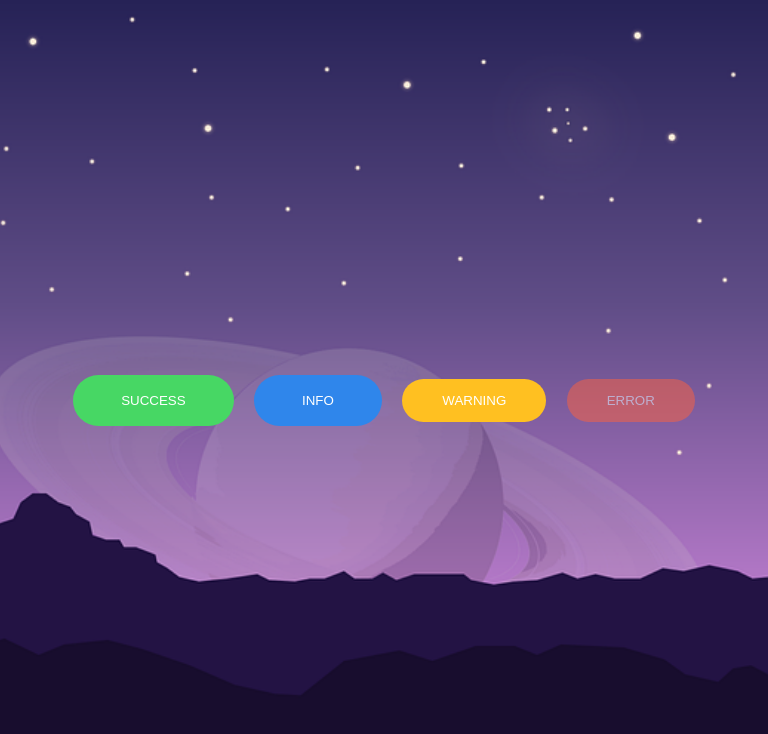
Repository: hoangtranduchai/toast-message
Page: index.html
An editor plug-in stored every save of this project. The page is shown before and after the next save, followed by the edit.
The browser window is 768 px wide. The pictures show the whole page.
Some web libraries are served in a nearby version.

Above is the page before, as saved 2021-08-18 16:59:09.

After the next save:
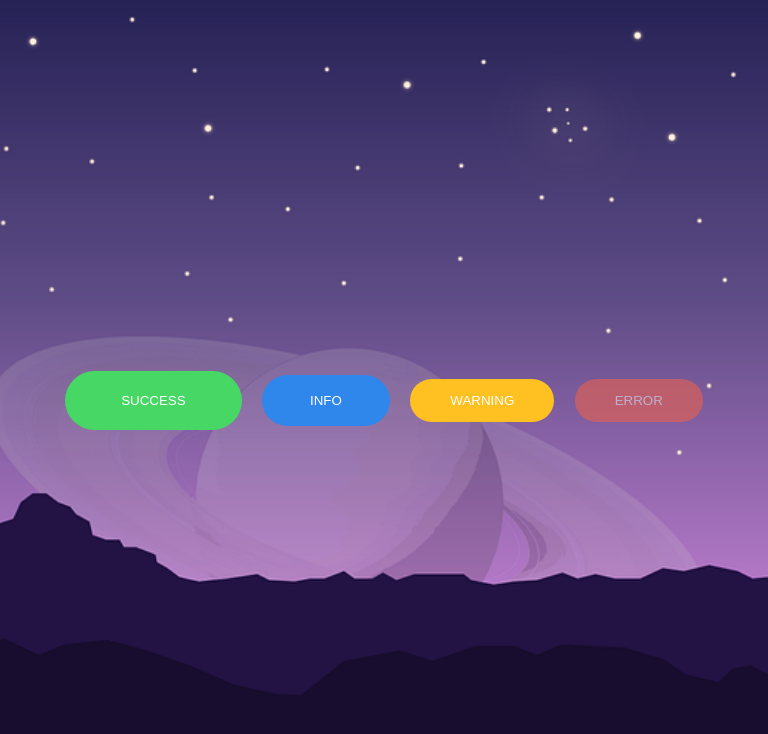
Saved 57 s later.
--- a/assets/css/responsive.css
+++ b/assets/css/responsive.css
@@ -22,6 +22,10 @@
     .btn-size-s {
         padding: 14px 40px;
     }
+
+    .btn--size-l {
+        padding: 22px 56px;
+    }
 }
 
 /* Mobile */
